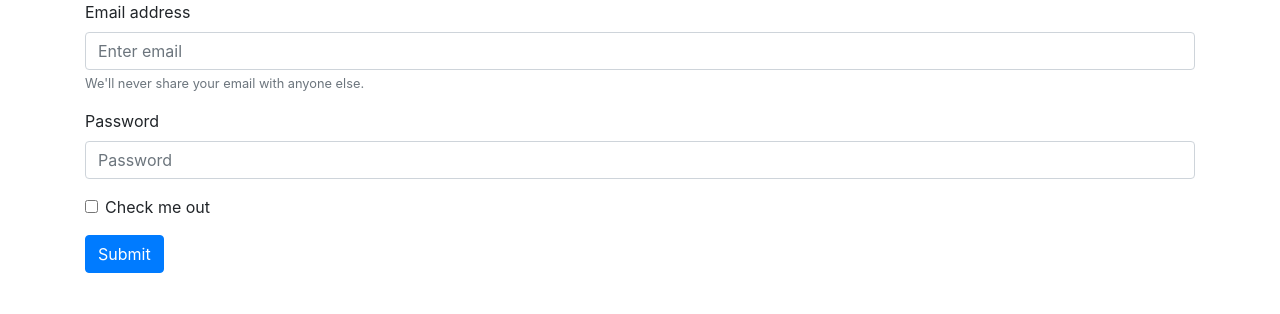
Repository: wellersonfc/simple-crud-react
Page: /
An editor plug-in stored every save of this project. The page is shown before and after the next save, followed by the edit.
The browser window is 1280 px wide. The pictures show the whole page.
The project was rebuilt for these pictures with package versions that can differ from the ones it lists, and the page was loaded fresh each time.

Above is the page before, as saved 2019-09-22 15:19:32.

After the next save:
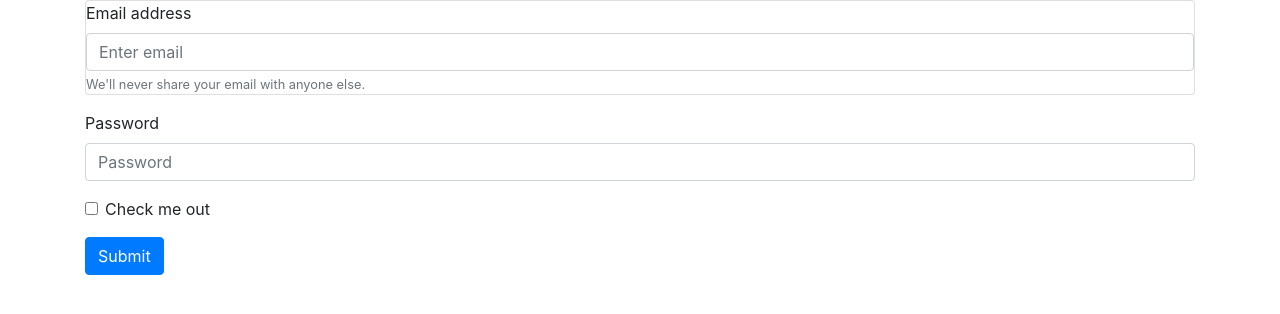
Saved 21 s later.
--- a/src/App.js
+++ b/src/App.js
@@ -6,7 +6,7 @@
     <div className="App">
       <div className="container">
       <form>
-        <div class="form-group">
+        <div class="form-group card">
           <label for="exampleInputEmail1">Email address</label>
           <input type="email" class="form-control" id="exampleInputEmail1" aria-describedby="emailHelp" placeholder="Enter email"/>
           <small id="emailHelp" class="form-text text-muted">We'll never share your email with anyone else.</small>

After the save that followed:
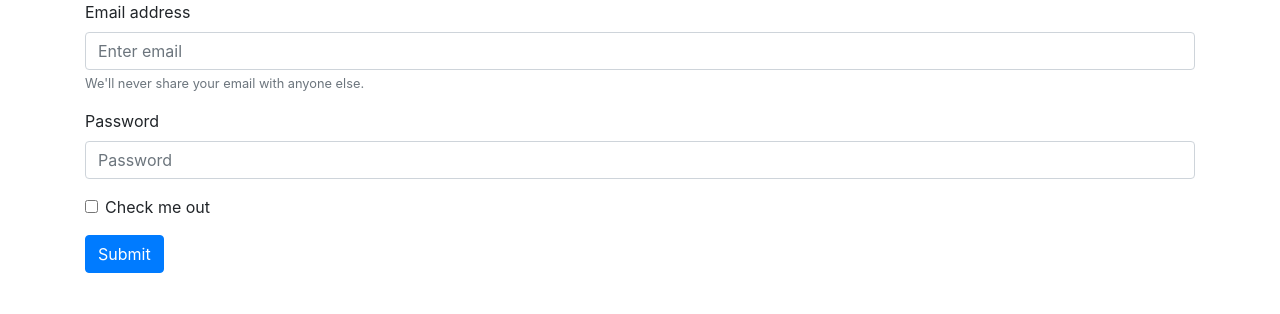
Saved 49 s later.
--- a/src/App.js
+++ b/src/App.js
@@ -5,22 +5,24 @@
   return (
     <div className="App">
       <div className="container">
-      <form>
-        <div class="form-group card">
-          <label for="exampleInputEmail1">Email address</label>
-          <input type="email" class="form-control" id="exampleInputEmail1" aria-describedby="emailHelp" placeholder="Enter email"/>
-          <small id="emailHelp" class="form-text text-muted">We'll never share your email with anyone else.</small>
+        <div>
+          <form>
+            <div class="form-group">
+              <label for="exampleInputEmail1">Email address</label>
+              <input type="email" class="form-control" id="exampleInputEmail1" aria-describedby="emailHelp" placeholder="Enter email"/>
+              <small id="emailHelp" class="form-text text-muted">We'll never share your email with anyone else.</small>
+            </div>
+            <div class="form-group">
+              <label for="exampleInputPassword1">Password</label>
+              <input type="password" class="form-control" id="exampleInputPassword1" placeholder="Password"/>
+            </div>
+            <div class="form-group form-check">
+              <input type="checkbox" class="form-check-input" id="exampleCheck1"/>
+              <label class="form-check-label" for="exampleCheck1">Check me out</label>
+            </div>
+            <button type="submit" class="btn btn-primary">Submit</button>
+        </form>
         </div>
-        <div class="form-group">
-          <label for="exampleInputPassword1">Password</label>
-          <input type="password" class="form-control" id="exampleInputPassword1" placeholder="Password"/>
-        </div>
-        <div class="form-group form-check">
-          <input type="checkbox" class="form-check-input" id="exampleCheck1"/>
-          <label class="form-check-label" for="exampleCheck1">Check me out</label>
-        </div>
-        <button type="submit" class="btn btn-primary">Submit</button>
-      </form>
       </div>
     </div>
   );
